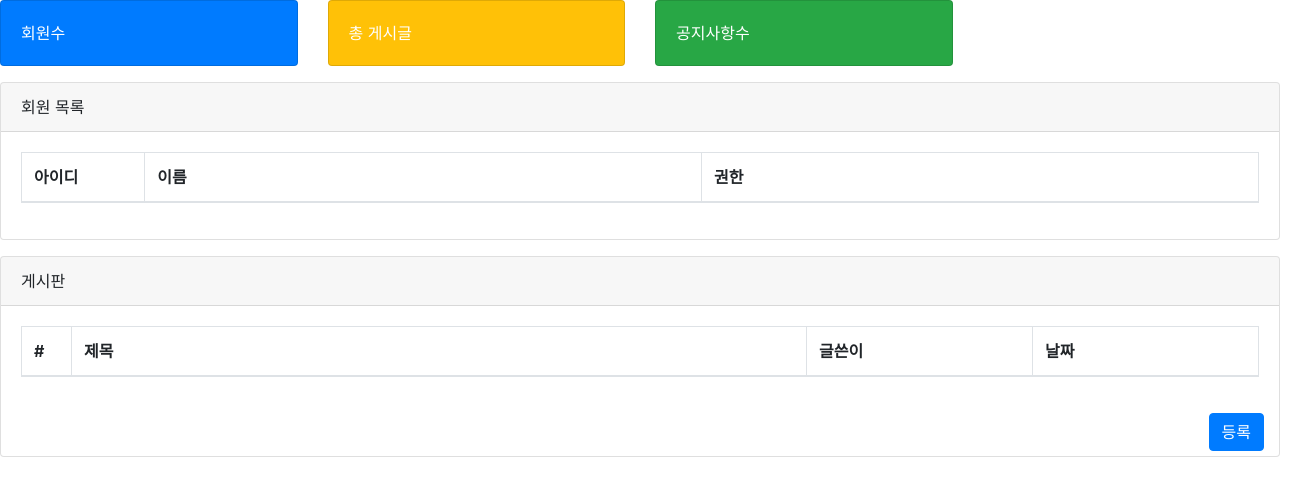
Repository: asa1374/eGovBoardDev
Page: http://localhost/dev/WEB-INF/jsp/user/admin/deletelist.jsp
The author's editor kept a copy of each file at every save. The page is drawn from the files as they stood at one save, then again after the next save.
The browser window is 1280 px wide. The page is 1295 px wide, so the pictures cover 1295 px, including what lies to the right of the window. The pictures show the whole page.
The page is served by Tomcat 9. Nobody is signed in. The template is opened directly, without the code that normally fills it, so the values that code supplies are empty.

Above is the page before, as saved 2019-09-05 07:02:34.

After the next save:
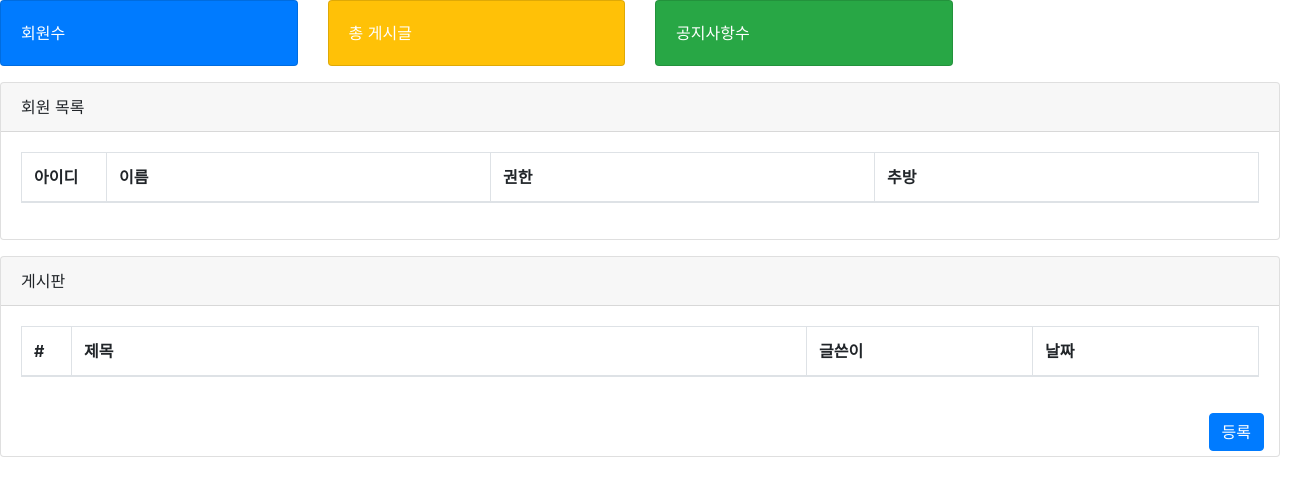
Saved 33 s later.
--- a/dev/src/main/webapp/WEB-INF/jsp/user/admin/deletelist.jsp
+++ b/dev/src/main/webapp/WEB-INF/jsp/user/admin/deletelist.jsp
@@ -65,6 +65,7 @@
 	          <th style="width: 50px;">아이디</th>
 	          <th style="width: 226px;">이름</th>
 	     	  <th style="width: 226px;">권한</th>
+	     	  <th style="width: 226px;">추방</th>
 	        </tr>
 	      </thead>
 	      <tbody>
